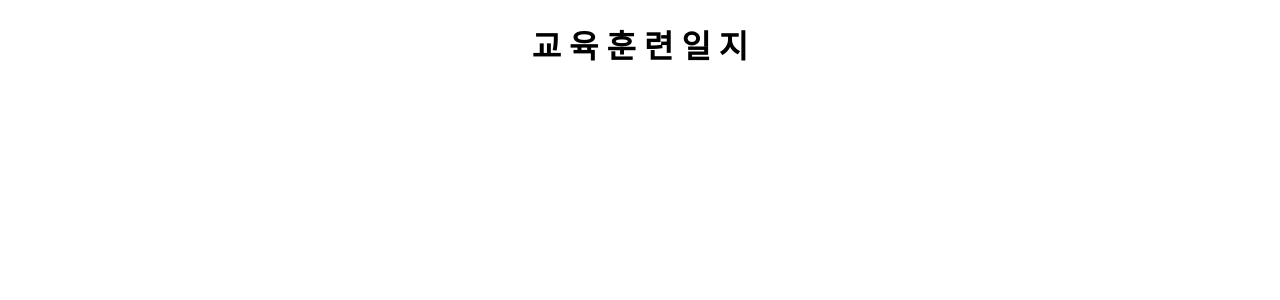
Repository: hb6700/client
Page: ClientTest/src/main/webapp/html/question/12_table.html
The author's editor kept a copy of each file at every save. The page is drawn from the files as they stood at one save, then again after the next save.
The browser window is 1280 px wide. The pictures show the whole page.

Above is the page before, as saved 2023-09-21 03:08:46.

### ClientTest/src/main/webapp/html/question/12_table.html
<!DOCTYPE html>
<html>
	<head>
		<meta charset="UTF-8">
		<title>12_table</title>
	</head>
	<body>
		<h1 align="center"><b>교&nbsp;육&nbsp;훈&nbsp;련&nbsp;일&nbsp;지</b></h1>

	</body>
</html>

After the next save:
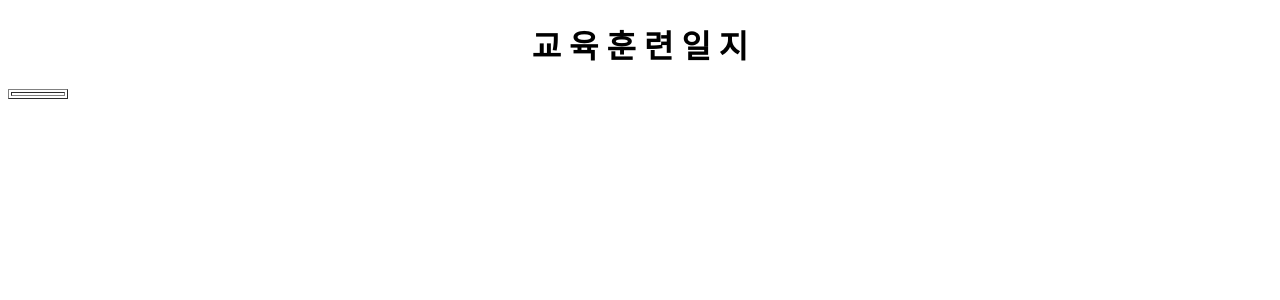
Saved 2 min 18 s later.
--- a/ClientTest/src/main/webapp/html/question/12_table.html
+++ b/ClientTest/src/main/webapp/html/question/12_table.html
@@ -7,5 +7,10 @@
 	<body>
 		<h1 align="center"><b>교&nbsp;육&nbsp;훈&nbsp;련&nbsp;일&nbsp;지</b></h1>
 
+		<table border="1">
+			<tr>
+				<td width="50"></td>
+			</tr>
+		</table>
 	</body>
 </html>
